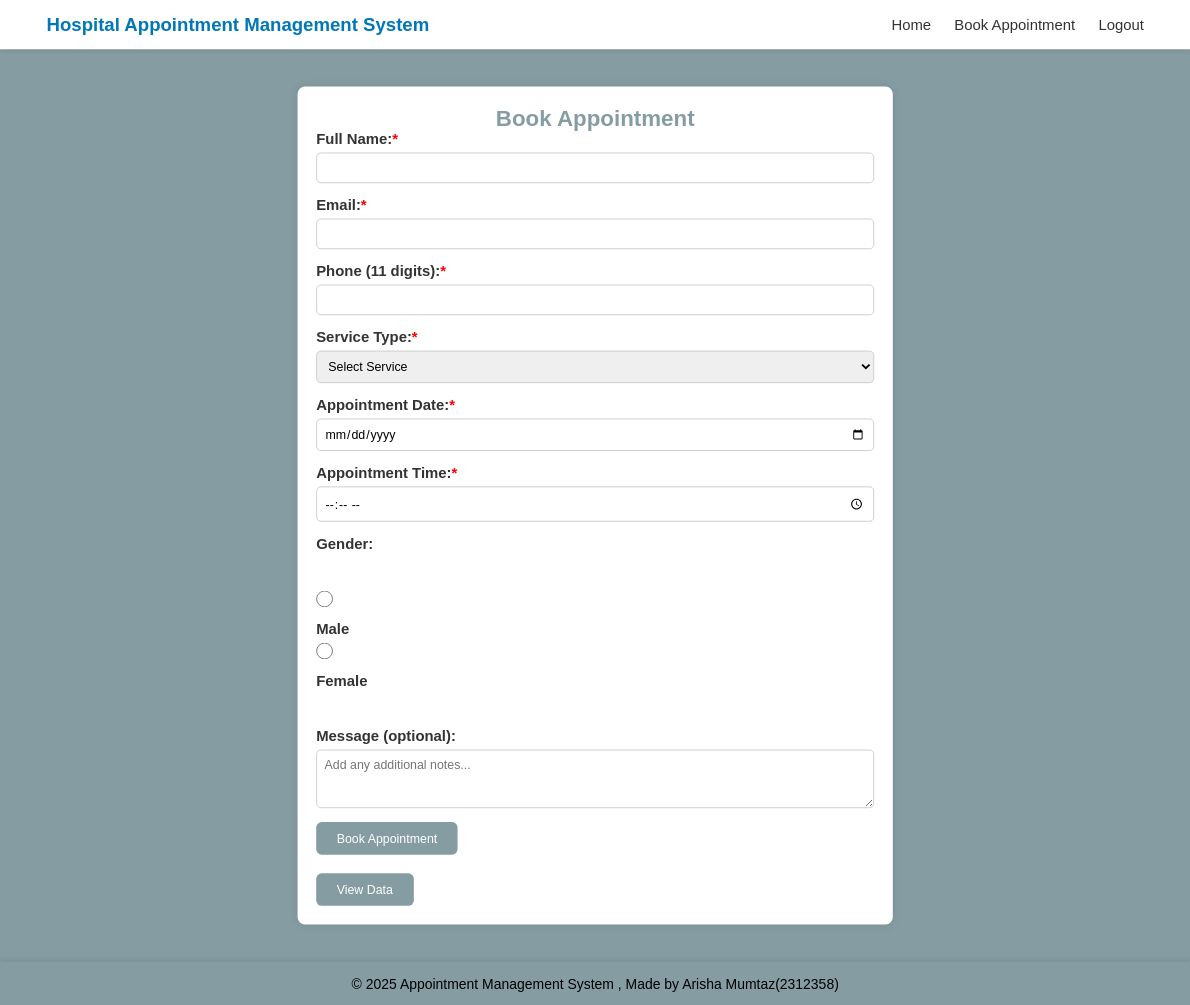
Repository: Arisha004/Hospital-appointment-management-system-
Page: http://localhost/
These files come from the project's save history. The page is drawn as it stood at one moment and after the next save; the edit follows.
The browser window is 1280 px wide. The pictures show the whole page, at 93% of full size.
The page is run by PHP 8.4 with error messages shown; the project is at /var/www/html/.

Above is the page before, as saved 2025-11-16 15:09:22.

### index.php
<html>
<head>
<title>Book Appointment</title>
<link rel="stylesheet" href="style2.css">

</head>
<body>
 <header class="navbar">
    <div class="logo">Hospital Appointment Management System</div>
    <nav>
      <ul>
        <li><a href="landingpage.html">Home</a></li>
          <li><a href="index.php">Book Appointment</a></li>

          <li><a href="signup.php">Logout</a></li>
      </ul>
    </nav>
  </header>


<div class="container1">
  <h2>Book Appointment</h2>
  <form  action="insertappointmentform.php" method="POST">

    <label>Full Name:<span>*</span></label>
    <input type="text" name="full_name" required pattern="^[A-Za-z]{3,}( [A-Za-z]+)?$"  minlength="3"
       title="Name should contain only letters.">


    <label>Email:<span>*</span></label>
    <input type="email"
   name="email" required title="enter a valid email address">

    <label>Phone (11 digits):<span>*</span></label>
    <input type="number" name="phone" required pattern="[0-9]{11}" title="Phone number must be exactly 11 digits." maxlength="11">

    <label>Service Type:<span>*</span></label>
    <select name="service_type" required>
      <option value=""> Select Service </option>
      <option value="Consultation">Consultation</option>
      <option value="Follow-up">Follow-up</option>
      <option value="Check-up">Check-up</option>
      <option value="Emergency">Emergency</option>
    </select>

    <label>Appointment Date:<span>*</span></label>
    <input type="date" name="appointment_date" required min="<?php echo date('Y-m-d'); ?>">

    <label>Appointment Time:<span>*</span></label>
    <input type="time" name="appointment_time" required>



      <label>Gender:</label><br><br>
      <input type="radio" id="male" name="gender" value="Male">
      <label for="male">Male</label>
      <input type="radio" id="female" name="gender" value="Female">
      <label for="female">Female</label>
      <br><br>
      <!-- <label>Gender:<span>*</span></label>
    <select name="gender" required>
      <option value=""> Select Gender </option>
      <option value="Male">Male</option>
      <option value="Female">Female</option>
      <option value="Other">Other</option>
    </select> -->

    <label>Message (optional):</label>
    <textarea name="message"  rows="3"  placeholder="Add any additional notes..."></textarea>

    <input type="hidden" name="created_at" value="<?php echo date('Y-m-d H:i:s'); ?>">

    <button type="submit" name="submit"> Book Appointment </button>
  </form>


<div style="margin-top:20px;">
    <form action="list.php" method="get">
    <button type="submit">View Data</button>
    </form>
</div>
</div>

    <footer>
    <p>© 2025 Appointment Management System , Made by Arisha Mumtaz(2312358)</p>
  </footer>
</div>
</body>
</html>

### style2.css
  /* Reset and fonts */
* {
  margin: 0;
  padding: 0;
  box-sizing: border-box;
  font-family: 'Poppins', sans-serif;
}
  input[type='radio'] {
    width: 18px;
    height: 18px;
    accent-color: #2196F3;
    margin-right: 8px;
    cursor: pointer;
  }
  label {
    font-family: Arial, sans-serif;
    font-size: 16px;
    margin-right: 15px;
    cursor: pointer;
  }
body {
  background: #869CA3;
  color: #333;
}
  .container1 { width: 50%; margin: 40px auto; background: #fff; padding: 20px; border-radius: 8px; box-shadow: 0 0 10px rgba(0,0,0,0.1); }
  h2 { text-align: center; color: #869CA3; }
  label { font-weight: bold; display: block; margin-bottom: 5px; }
  input, select, textarea {
      width: 100%;
      padding: 8px;
      margin-bottom: 15px;
      border: 1px solid #ccc;
      border-radius: 5px;
  }
 /* Footer */
footer {
  text-align: center;
  padding: 15px;
  background-color:#869CA3;
        color: black;
  box-shadow: 0 -2px 5px rgba(0,0,0,0.1);
  font-size: 15px;

}
label span {
  color: red;
}

/* Navbar */
.navbar {
  display: flex;
  justify-content: space-between;
  align-items: center;
  padding: 15px 50px;
  background: #fff;
  box-shadow: 0 2px 5px rgba(0,0,0,0.1);
  position: sticky;
  top: 0;
  z-index: 10;
}

.navbar .logo {
  font-weight: 700;
    font-size: 20px;
  color: #0077b6;
}

.navbar ul {
  display: flex;
  list-style: none;
}

.navbar ul li a {
  text-decoration: none;
  color: #333;
  margin-left: 25px;
  transition: 0.3s;
}

.navbar ul li a:hover {
  color: #0077b6;
}

  button{

  display: inline-block;
  background-color: #869CA3;
  color: #fff;
  padding: 10px 22px;
  border: none;
  border-radius: 6px;
  cursor: pointer;
  font-weight: 500;

  transition: 0.3s;
   text-align: center;
}

button:hover {
  background-color: #7498a3;
  transform: translateY(-2px);
}

  input[type=submit] {
      background-color: #007bff;
      color: white;
      border: none;
      padding: 10px 15px;
      cursor: pointer;
      border-radius: 5px;
  }
  input[type=submit]:hover {
      background-color: #0056b3;
  }
  select[name="status"] {
    background-color: #f8f9fa;
    color: #495057;
    padding: 8px;
    margin-bottom: 15px;
    border: 1px solid #ced4da;
    border-radius: 5px;
    width: 100%;
}

select[name="status"] option[value="Pending"] { color: #ffc107; }
select[name="status"] option[value="Confirmed"] { color: #28a745; }
select[name="status"] option[value="Cancelled"] { color: #dc3545; }
select[name="status"] option[value="Completed"] { color: #17a2b8; }

After the next save:
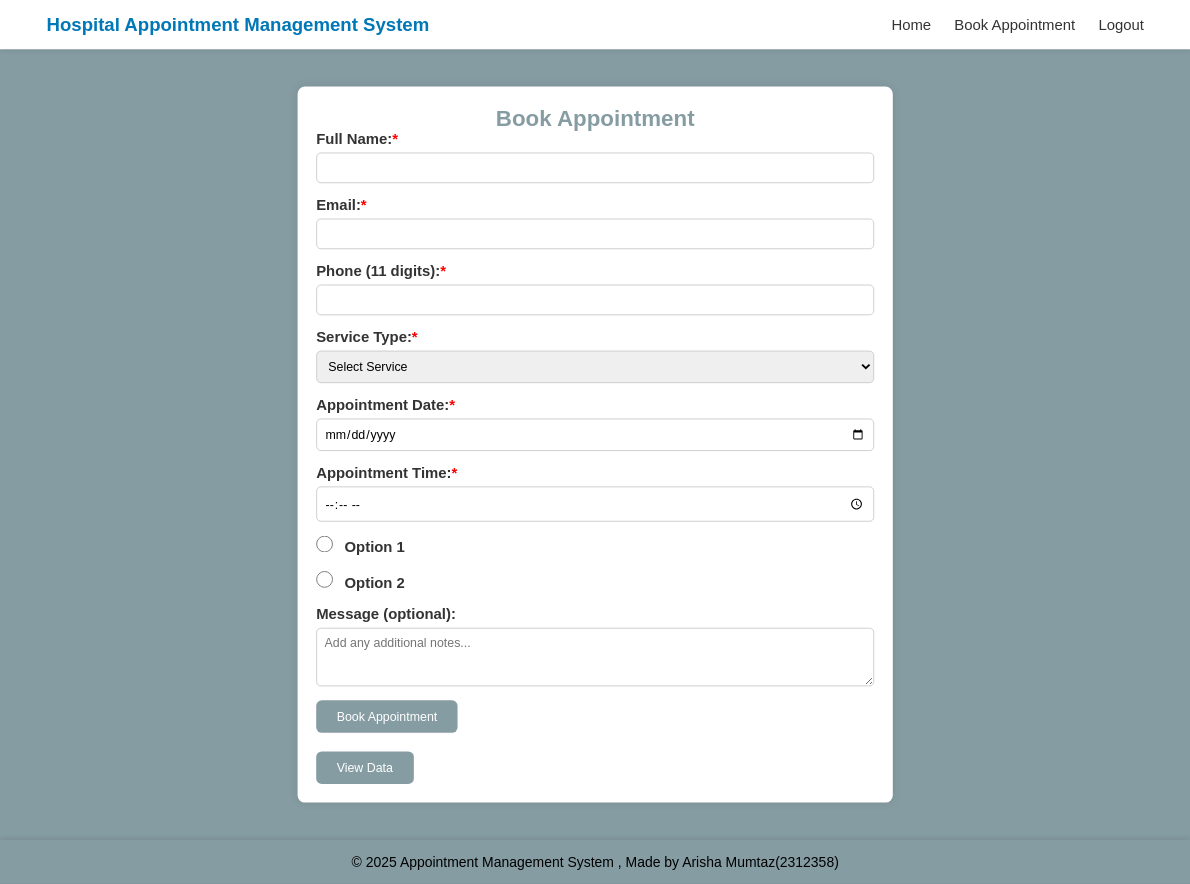
Saved 15 min 20 s later.
--- a/index.php
+++ b/index.php
@@ -51,12 +51,24 @@
 
 
 
-      <label>Gender:</label><br><br>
-      <input type="radio" id="male" name="gender" value="Male">
-      <label for="male">Male</label>
-      <input type="radio" id="female" name="gender" value="Female">
-      <label for="female">Female</label>
-      <br><br>
+      <style>
+        input[type='radio'] {
+          width: 18px;
+          height: 18px;
+          accent-color: #2196F3;
+          margin-right: 8px;
+          cursor: pointer;
+        }
+        label {
+          font-family: Arial, sans-serif;
+          font-size: 16px;
+          margin-right: 15px;
+          cursor: pointer;
+        }
+      </style>
+
+      <label><input type='radio' name='example'> Option 1</label>
+      <label><input type='radio' name='example'> Option 2</label>
       <!-- <label>Gender:<span>*</span></label>
     <select name="gender" required>
       <option value=""> Select Gender </option>
